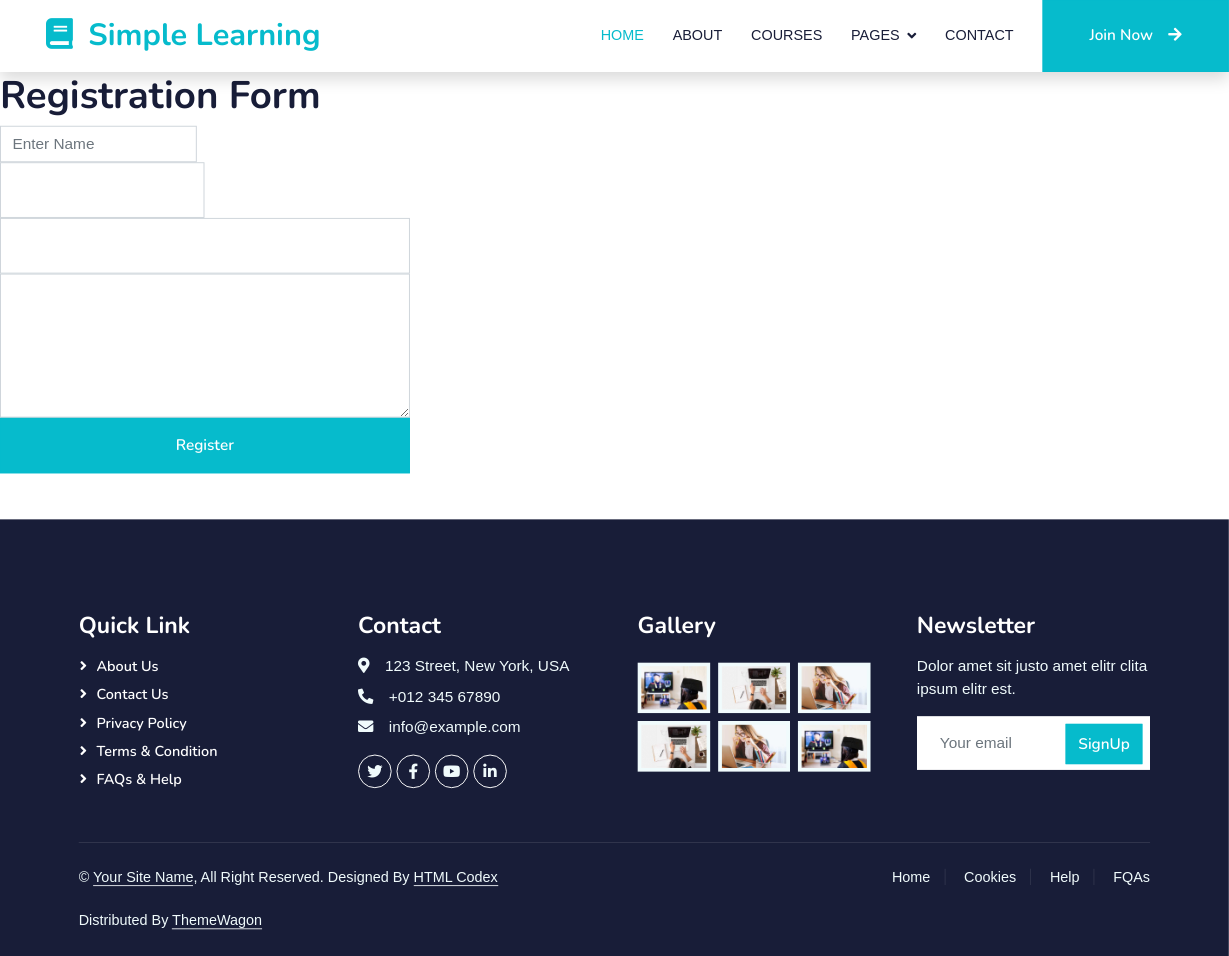
Repository: Arumugam2002/ARUMUGAM-TOPS-DAILY-TASKS
Page: http://localhost/register
An editor plug-in stored every save of this project. The page is shown before and after a run of saves, followed by the edit.
The browser window is 1280 px wide. The pictures show the whole page, at 96% of full size.
Some web fonts or font styles are not loaded; a fallback is used. Some web libraries are served in a nearby version. The page is this project's Thymeleaf template; nobody is signed in. The template is opened directly, without the code that normally fills it, so the values that code supplies are empty.

Above is the page before, as saved 2024-07-16 09:16:07.

After the next 9 saves:
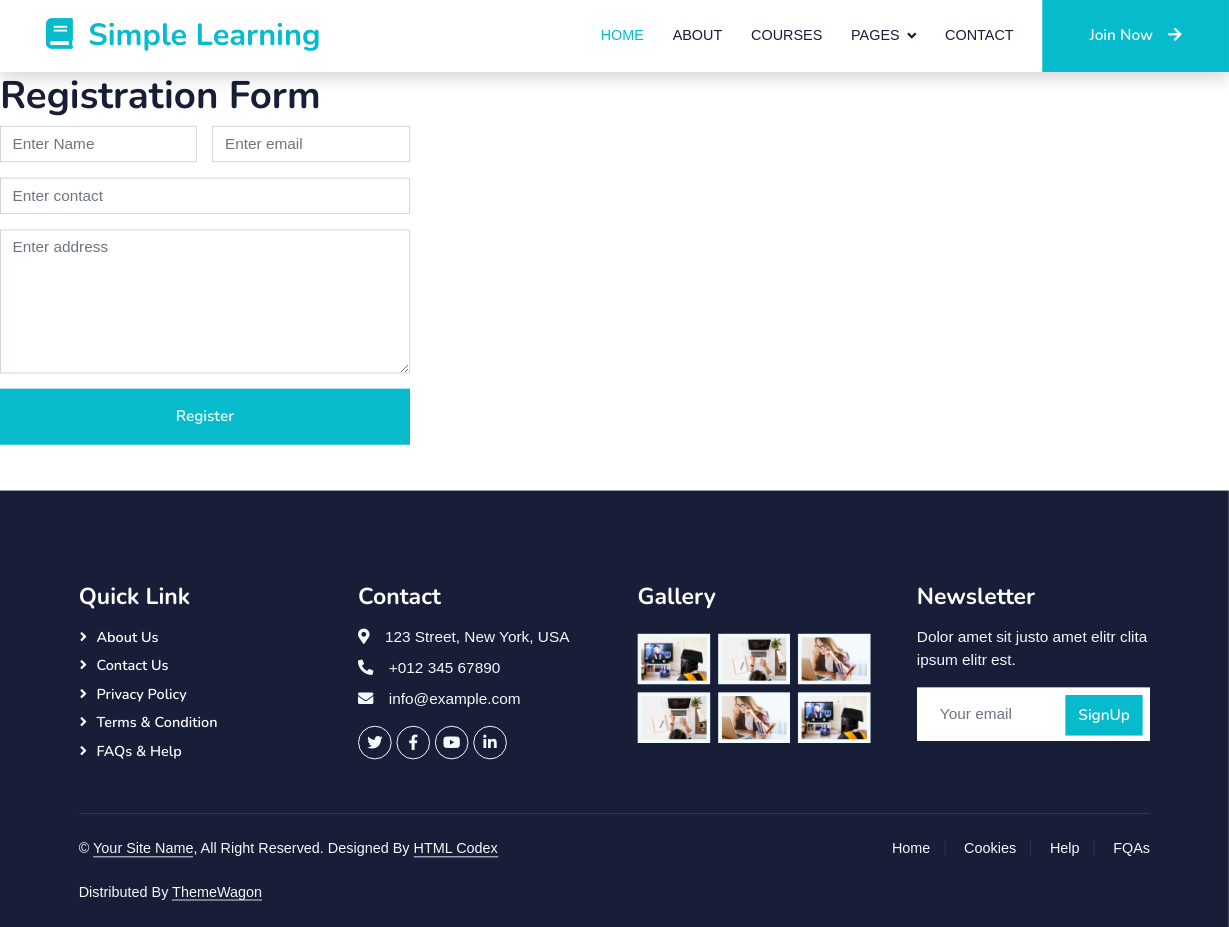
The 9 saves are shown as one change because they came seconds apart.
The last was saved 27 s later.
--- a/Java SpringBoot/Spring_Eclipse/SpringwithTemplate/src/main/resources/templates/register.html
+++ b/Java SpringBoot/Spring_Eclipse/SpringwithTemplate/src/main/resources/templates/register.html
@@ -18,26 +18,26 @@
 
 						<input type="text" class="form-control" name="name" id="name" placeholder="Enter Name">
 
-					</div>
+
 				</div>
 				<div class="col-md-6">
-					<div class="form-floating">
+
 						<input type="email" class="form-control" name="email" id="email" placeholder="Enter email">
 
-					</div>
+
 				</div>
 				<div class="col-12">
-					<div class="form-floating">
+
 						<input type="text" class="form-control" name="contact" id="subject" placeholder="Enter contact">
 
-					</div>
+
 				</div>
 				<div class="col-12">
-					<div class="form-floating">
+
 						<textarea class="form-control" name="address" placeholder="Enter address" id="message"
 							style="height: 150px"></textarea>
 
-					</div>
+
 				</div>
 				<div class="col-12">
 					<button class="btn btn-primary w-100 py-3" type="submit" >Register</button>
